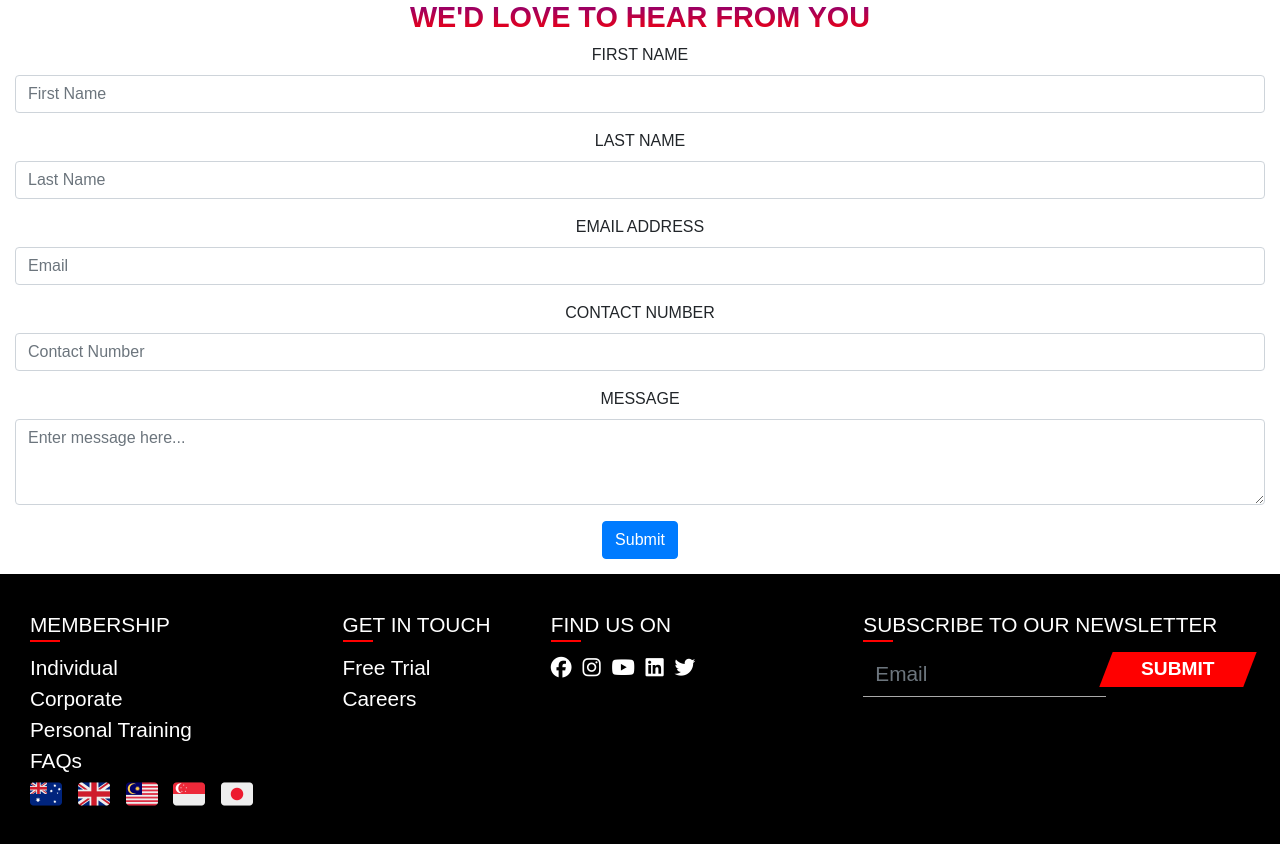
Repository: KJY93/User_Centric_Frontend_Development_Project
Page: contact.html
The author's editor kept a record of every edit. The page is drawn from the files as they stood at one moment, then again after the next edit.
The browser window is 1280 px wide. The pictures show the part of the page from y = 263 to 1140 px (the page is 1107 px tall before and 1140 px after).
Some web fonts or font styles are not loaded; a fallback is used. Some web libraries are served in a nearby version.

Above is the page before.

### contact.html
<!DOCTYPE html>
<html lang="en-US">
	<head>
	    <meta charset="UTF-8">
	    <meta name="viewport" content="width=device-width, initial-scale=1.0">
	    <meta http-equiv="X-UA-Compatible" content="ie=edge">
	    <title>Shape Shifters | Our Clubs</title>

		<!-- Google Fonts -->
	    <link href="https://fonts.googleapis.com/css?family=Cute+Font&display=swap" rel="stylesheet">

	    <!-- Logo -->
	    <link rel="icon" href="static/fitness-logo.ico">

	    <!-- Bootstrap CSS -->
	    <link rel="stylesheet" href="https://stackpath.bootstrapcdn.com/bootstrap/4.3.1/css/bootstrap.min.css" integrity="sha384-ggOyR0iXCbMQv3Xipma34MD+dH/1fQ784/j6cY/iJTQUOhcWr7x9JvoRxT2MZw1T" crossorigin="anonymous">

	    <!-- External CSS StyleSheet -->
		<link rel="stylesheet" type="text/css" href="static/styles.css">

		<!-- Bootstrap JS -->
	    <script src="https://code.jquery.com/jquery-3.3.1.slim.min.js" integrity="sha384-q8i/X+965DzO0rT7abK41JStQIAqVgRVzpbzo5smXKp4YfRvH+8abtTE1Pi6jizo" crossorigin="anonymous"></script>
	    <script src="https://cdnjs.cloudflare.com/ajax/libs/popper.js/1.14.7/umd/popper.min.js" integrity="sha384-UO2eT0CpHqdSJQ6hJty5KVphtPhzWj9WO1clHTMGa3JDZwrnQq4sF86dIHNDz0W1" crossorigin="anonymous"></script>
	    <script src="https://stackpath.bootstrapcdn.com/bootstrap/4.3.1/js/bootstrap.min.js" integrity="sha384-JjSmVgyd0p3pXB1rRibZUAYoIIy6OrQ6VrjIEaFf/nJGzIxFDsf4x0xIM+B07jRM" crossorigin="anonymous"></script>

	    <!-- Font Awesome -->
	    <script src="https://kit.fontawesome.com/3df94da5fe.js"></script>
	</head>
	<body>
	    <main>
	        <!-- Navbar -->
			<nav class="navbar navbar-expand-md navbar-dark bg-danger">
			  	<a class="navbar-brand" href="#"><i class="fas fa-home"></i></a>
			  	<button class="navbar-toggler" type="button" data-toggle="collapse" data-target="#navbarNav">
			    <span class="navbar-toggler-icon"></span>
			  	</button>
			  	<div class="collapse navbar-collapse" id="navbarNav">
			    	<ul class="navbar-nav ml-auto">
			      		<li class="nav-item">
			        		<a class="nav-link" href="#">Clubs</a>
			      		</li>
			      		<li class="nav-item">
			        		<a class="nav-link" href="#">Timetables</a>
			      		</li>
			    	</ul>

			    	<ul class="navbar-nav ml-auto">
			      		<li class="nav-item">
			        		<a class="nav-link" href="#">Contact Us</a>
			      		</li>
			    	</ul>
			  	</div>
			</nav>

			<!-- Timetables background -->
			<div id="contact-us-background"></div>

			<!-- Contact Us Header-->
			<div>
				<h1 class="club-header contact-us"><strong>WE'D LOVE TO HEAR FROM YOU</strong></h1>
			</div>

			<div class="container-fluid">

                <form method="post" action="">
                    <div class="form-group">
                        <div class="form-attribute"><label for="firstname">FIRST NAME</label></div>
                        <input type="text" class="form-control form-placeholder" id="firstname" placeholder="First Name">
                    </div>

                    <div class="form-group">
                        <div class="form-attribute"><label for="lastname">LAST NAME</label></div>
                        <input type="text" class="form-control form-placeholder" id="lastname" placeholder="Last Name">
                    </div>

                    <div class="form-group">
                        <div class="form-attribute"><label for="email-address">EMAIL ADDRESS</label></div>
                        <input type="email" class="form-control form-placeholder" id="email-address" placeholder="Email">
                    </div>

                    <div class="form-group">
                        <div class="form-attribute"><label for="contact-number">CONTACT NUMBER</label></div>
                        <input type="text" class="form-control form-placeholder" id="contact-number" placeholder="Contact Number">
                    </div>

                    <div class="form-group">
                        <div class="form-attribute"><label for="message-field">MESSAGE</label></div>
                        <textarea class="form-control form-placeholder" id="message-field" rows="3" placeholder="Enter message here..."></textarea>
                    </div>

                    <div class="generic-submit-btn-container"><button type="submit" class="btn btn-primary">Submit</button></div>
                </form>
			</div>

			<!-- Footer -->
			<footer>
				<div class="container-fluid">
					<div class="row">
						<div class="col-sm-12 col-md-3">
							<div>MEMBERSHIP</div>
							<div class="separator"></div>
							<div>Individual</div>
							<div>Corporate</div>
							<div>Personal Training</div>
							<div>FAQs</div>
						</div>

						<div class="col-sm-12 col-md-2">
							<div>GET IN TOUCH</div>
							<div class="separator"></div>
							<div>Free Trial</div>
							<div>Careers</div>
						</div>

						<div class="col-sm-12 col-md-3">
							<div>FIND US ON</div>
							<div class="separator"></div>
							<div>
								<i class="fab fa-facebook social-media-logo"></i>
								<i class="fab fa-instagram social-media-logo"></i>
								<i class="fab fa-youtube social-media-logo"></i>
								<i class="fab fa-linkedin social-media-logo"></i>
								<i class="fab fa-twitter social-media-logo"></i>
							</div>
						</div>

						<div class="col-sm-12 col-md-4">
							<div>SUBSCRIBE TO OUR NEWSLETTER</div>

							<div class="separator"></div>

							<form method="post" action="">
								<div class="input-field-container">
									<div class="form-group">
										<input input id="subscription" type="email" class="form-control" placeholder="Email" required>
									</div>

									<div class="each">
										<button type="button" class="submit-btn" value="submit"><span>SUBMIT</span></button>
									</div>
								</div>
							</form>
						</div>

						<div class="col-sm-12">
							<img class="flag-logo" src="static/australia-flag.png" alt="australia flag"/>
							<img class="flag-logo" src="static/uk-flag.png" alt="uk flag"/>
							<img class="flag-logo" src="static/mys-flag.png" alt="malaysia flag"/>
							<img class="flag-logo" src="static/sg-flag.png" alt="singapore flag"/>
							<img class="flag-logo" src="static/jpn-flag.png" alt="japan flag"/>
						</div>
					</div>
				</div>
			</footer>

	   </main>
	</body>
</html>

### static/styles.css
body, html {
	height: 100%;
}

body {
	font-family: 'Cute Font', cursive, sans-serif;
}

#subscription {
  background: transparent;
  border: none;
  border-bottom: 1px solid #a9a9a9;
  box-shadow: none;
  border-radius: 0;
}

.iframe-video-size {
	width: 300px;
	height: 320px;
}

.social-media-logo {
	margin-right: 5px;
}

.separator {
	margin-bottom: 10px;
	height: 2px;
	width: 30px;
	background: rgb(255, 0, 0);
	z-index: 1;
}

.row {
	margin-left: 0;
	margin-right: 0;
}

#advert > h1 {
	color: #ffffff;
}

#signup-link {
	color: #ffffff;
}

input[type="email"] {
 	font-size: 1em;
}

.col-sm-12, .col-md-6, .nav-link, #signup-link {
	font-size: 1.3em;
}

.link-deco:link {
	text-decoration: none;
}

.link-deco:hover {
	font-size:120%;
}

.link-font-color, button > .link-deco:hover {
	color: #ffffff;
}

.box2, .box3 {
	background: rgba(255,117,117,0.1);
}

.button-container, p, .challenge-container, #signup-container, .box3, .box2 {
	text-align: center;
}

#divider {
	width: 100%;
	border: 1px solid black;
}

footer {
	padding-top: 35px;
	padding-bottom: 35px;
	background: rgba(0, 0, 0);
	color: #ffffff;
}

.box1 {
	background:url('../static/background-mobile.jpg');
	background-repeat: no-repeat;
	background-size: 100% 100%;
	height: 400px;
	display: flex;
	align-items: center;
	justify-content: center;
}

/*https://codepen.io/adamjohnson/pen/aokGt*/
/* Skew button design adapted from the above codepen project*/
.submit-btn {
	color: #fff;
	background: #ff0000;
	font-weight: 700;
	text-align: center;
	text-decoration: none;
	border: 0;
	outline: 0;
	font-size: 1.2rem;
	padding: 12px 35px;
	display: inline-block;
	transform: skew(-21deg);
	border-radius: 0;
}

.input-field-container {
	display: flex;
	flex-direction: row;
}

.submit-btn:hover {
	background: #0069a8;
}

span {
	display: inline-block; /* change to inline-block so that the text can be un-skewed*/
}

.submit-btn > span {
	-webkit-transform: skew(21deg);  /* Un-skew the text */
}

.btn-group {
	padding-left: 15px;
}

.flag-logo {
	padding-right: 10px;
}

#club-header-background {
	background:url('../static/bodycombat.jpg');
	background-repeat: no-repeat;
	background-size: 100% 100%;
	height: 200px;
}

.club-header {
	text-align: center;
	background: linear-gradient(to top, #ff0000 , #800080);
	-webkit-background-clip: text;
	-webkit-text-fill-color: transparent;
	font-size: 2.5em;
}

.location {
	display: flex;
	flex-direction: column;
	justify-content: center;
	align-items: center;
	color: #ffffff;
	margin-bottom: 20px;
}

.location:link {
	text-decoration: none;
}

.location:hover {
	opacity: 0.8;
}

.location:hover .location-name, .location:hover .club-info {
	background: linear-gradient(to top, #ff0000 , #ff9800);
	-webkit-background-clip: text;
	-webkit-text-fill-color: transparent;
}

.location-name {
	font-size: 2.3em;
}

.club-info {
	font-size: 1.2em;
	border: 1px solid #ffffff;
	padding-left: 20px;
	padding-right: 20px;
	border-radius: 20px;
}

#location-image-1 {
	background:url('../static/paragon.jpg');
    background-size: 100% 100%;
    background-repeat: no-repeat;
    background-position: center;
	border-radius: 10px;
	height: 250px;
}

#location-image-2 {
	background:url('../static/clarke-quay.jpg');
    background-size: 100% 100%;
    background-repeat: no-repeat;
    background-position: center;
	border-radius: 10px;
	height: 250px;
}

#location-image-3 {
	background:url('../static/tanjongpagar.jpg');
    background-size: 100% 100%;
    background-repeat: no-repeat;
    background-position: center;
	border-radius: 10px;
	height: 250px;
}

#location-image-4 {
	background:url('../static/vivocity.jpg');
    background-size: 100% 100%;
    background-repeat: no-repeat;
    background-position: center;
	border-radius: 10px;
	height: 250px;
}

#location-image-5 {
	background:url('../static/rafflesplace.jpg');
    background-size: 100% 100%;
    background-repeat: no-repeat;
    background-position: center;
	border-radius: 10px;
	height: 250px;
}

#location-image-6 {
	background:url('../static/rafflesmall.jpg');
    background-size: 100% 100%;
    background-repeat: no-repeat;
    background-position: center;
	border-radius: 10px;
	height: 250px;
}

#timetables-header-background {
	background:url('../static/groupyoga.jpg');
	background-repeat: no-repeat;
	background-size: 100% 100%;
	height: 250px;
}

/* override text alignment and font-size*/
.table {
	text-align: center;
	font-size: 1.3rem;
}

#contact-us-background {
	background:url('../static/reachout.jpg');
	background-repeat: no-repeat;
	background-size: 100% 100%;
	height: 200px;
}


.generic-submit-btn-container, .form-attribute {
	text-align: center;
}

.contact-us {
	font-size: 1.8em;
}

.generic-submit-btn-container {
	margin-bottom: 15px;
}

/* for extra small device */
@media (max-width: 400px) {
	.iframe-video-size {
	width: 260px;
	height: 320px;
	}

	#club-header-background {
		height: 160px;
	}

	.club-header {
		font-size: 2.0em;
	}

	.location-name {
		font-size: 2.0em;
	}

	.club-info {
		font-size: 1.0em;
	}

	.contact-us {
		font-size: 1.5em;
	}
}

/* for medium screen device */
@media (min-width: 768px) and (max-width: 991.98px) {
	.box1 {
		background:url('../static/background.jpg');
		background-repeat: no-repeat;
		height: 550px;
		background-size: 100% 100%;
	}

	.box2 {
		text-align: center;
	}

	.btn-group {
		padding-left: 0;
	}

	.iframe-video-size {
		width: 340px;
		height: 320px;
	}

	#timetables-header-background {
		height: 450px;
	}

	.table {
		font-size: 1.8rem;
	}
}

/* for large screen device */
@media (min-width: 992px) {
	.box1 {
		height: 600px;
	}

	.btn-group {
		padding-left: 0;
	}

	.submit-btn {
		padding: 3px 35px;
	}

	.iframe-video-size {
		width: 470px;
		height: 320px;
	}

	#club-header-background {
		height: 376px;
	}

	#timetables-header-background {
		height: 600px;
	}
}

After the next edit:
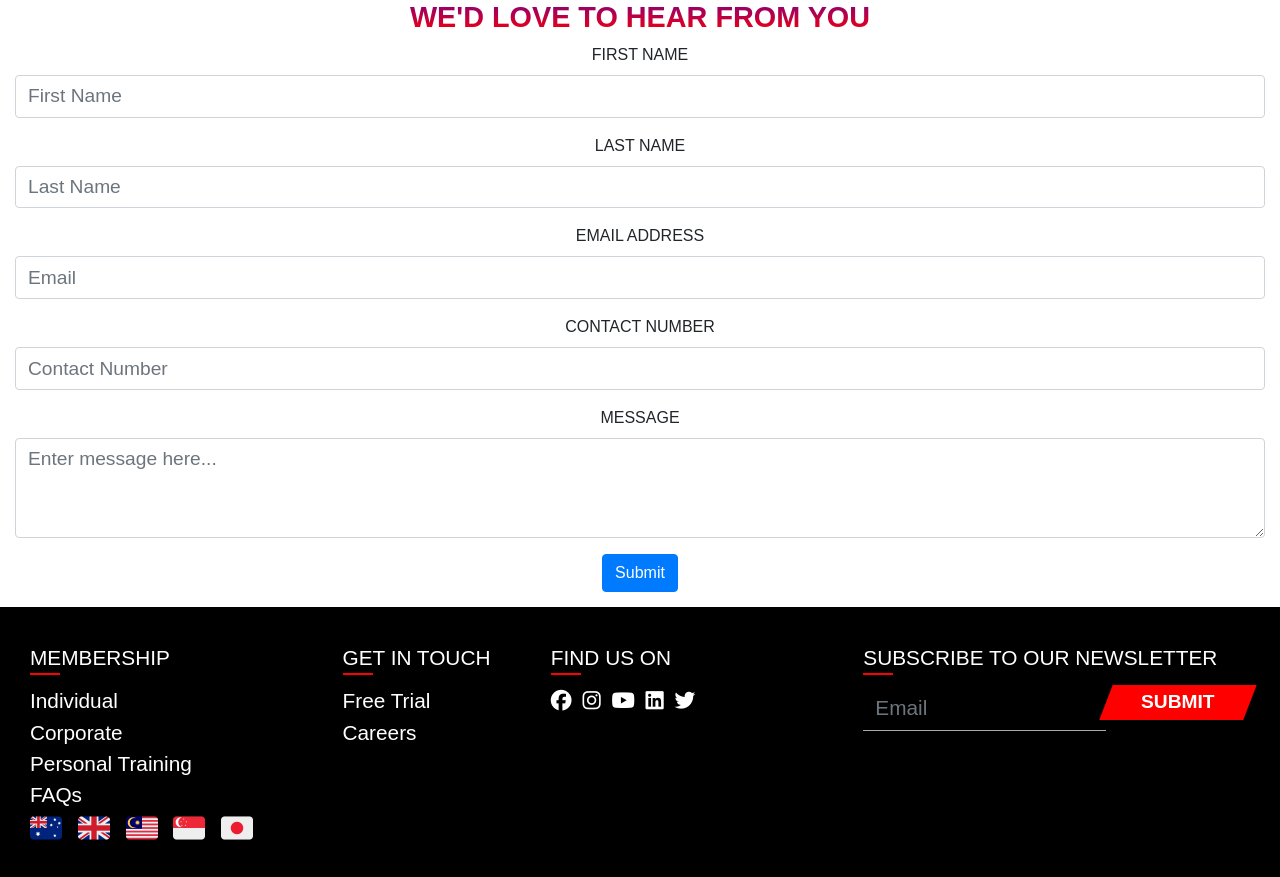
The edit:
--- a/static/styles.css
+++ b/static/styles.css
@@ -273,6 +273,10 @@
 	margin-bottom: 15px;
 }
 
+#contact-form, .form-placeholder:placeholder-shown, textarea:placeholder-shown {
+  font-size: 1.2em;
+}
+
 /* for extra small device */
 @media (max-width: 400px) {
 	.iframe-video-size {
